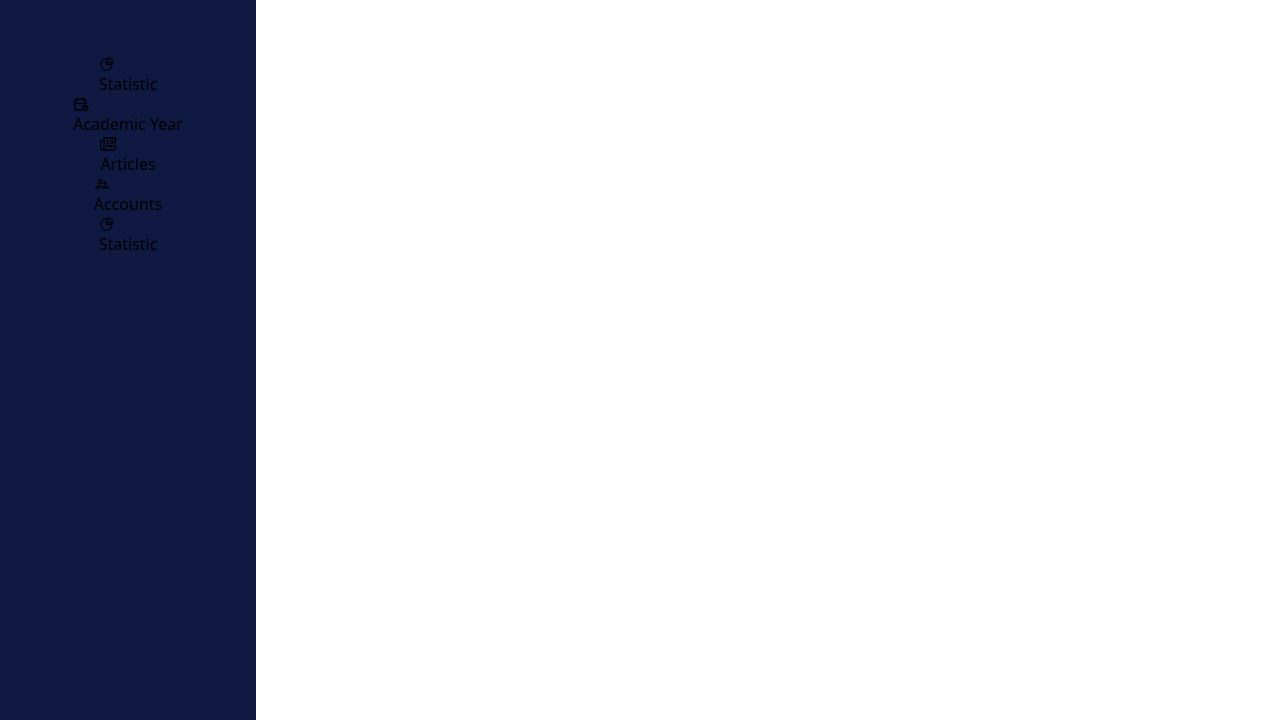
Repository: huynhvanngoan/COMP1640FE-Template
Page: /admin
These files come from the project's save history. The page is drawn as it stood at one moment and after the next save; the edit follows.
The browser window is 1280 px wide. The pictures show the whole page.
The project was rebuilt for these pictures with package versions that can differ from the ones it lists, and the page was loaded fresh each time. Also part of the build but not shown: src/components/buttonStyles.js, src/pages/LoginPage.jsx, src/pages/admin/AdminDashboard.jsx, src/pages/student/StudentDashboard.jsx, src/pages/department/DepartmentDashboard.jsx, src/pages/marketing/MarketingDashboard.jsx, src/pages/guest/GuestDashboard.jsx.

Above is the page before, as saved 2024-03-24 05:38:49.

### src/index.js
import React from 'react';
import ReactDOM from 'react-dom/client';
import './index.css';
import App from './App';

const root = ReactDOM.createRoot(document.getElementById('root'));
root.render(
  <React.StrictMode>
      <App />
  </React.StrictMode>
)

### src/index.css
@import url('https://fonts.googleapis.com/css2?family=Inter:wght@100;200;300;400;500;600;700;800;900&display=swap');
@tailwind base;
@tailwind components;
@tailwind utilities;

### src/App.js
import React from 'react'
import { BrowserRouter as Router, Routes, Route, Navigate } from "react-router-dom";
import LoginPage from './pages/LoginPage';
import AdminDashboard from './pages/admin/AdminDashboard';
import StudentDashboard from './pages/student/StudentDashboard';
import DepartmentDashboard from './pages/department/DepartmentDashboard';
import MarketingDashboard from './pages/marketing/MarketingDashboard';
import GuestDashboard from './pages/guest/GuestDashboard';
import Layout from './pages/admin/layout';
const App = () => {


  return (
    <Router>
        <Routes>
          <Route path="/login" element={<LoginPage/>} />

          <Route path="/admin" element={<Layout />}/>

          <Route path="/student-dashboard" element={<StudentDashboard />}/>

          <Route path="/guest-dashboard" element={<GuestDashboard />}/>

          <Route path="/department-dashboard" element={<DepartmentDashboard />}/>

          <Route path="/marketing-dashboard" element={<MarketingDashboard />}/>

          {/* <Route path='/marketing-homepage' element={<MarketingHomePage  />}/> */}

          <Route path='*' element={<Navigate to="/login" />} />

        </Routes>
    </Router>
  )
}

export default App

### src/pages/admin/layout.js
import React from 'react';
import Sidebar from './Sidebar';


export default function Layout() {
  return (
    <>
        <Sidebar />
    </>
  );
}

### src/pages/admin/Sidebar.js
import React, { useState } from 'react';
import { Link } from 'react-router-dom';
import { AiOutlinePieChart } from "react-icons/ai";
import { TbCalendarTime } from "react-icons/tb";
import { GrArticle } from "react-icons/gr";
import { MdOutlineSupervisorAccount } from "react-icons/md";

export const SidebarContent = [
  {
    icon: AiOutlinePieChart,
    heading: "Statistic"
  },
  {
    icon: TbCalendarTime,
    heading: "Academic Year"
  },
  {
    icon: GrArticle,
    heading: "Articles"
  },
  {
    icon: MdOutlineSupervisorAccount,
    heading: "Accounts"
  },
  {
    icon: AiOutlinePieChart,
    heading: "Statistic"
  },
]

export default function Sidebar() {
  const [selected, setSelected] = useState(0);

  const [expanded, setExpaned] = useState(true)
  return (
    <div className='fixed left-0 top-0 w-64 h-full bg-[#0f1941] p-4 pt-14'>
        <div className='flex flex-col text items-center'>
        {SidebarContent.map((item, index) => {
          return (
            <div
              className={selected === index ? "menuItem active" : "menuItem"}
              key={index}
              onClick={() => setSelected(index)}
            >
              <item.icon />
              <span>{item.heading}</span>
            </div>
          );
        })}
        </div>
    </div>
  );
}

### tailwind.config.js
/** @type {import('tailwindcss').Config} */
module.exports = {
  content: [
    "./src/**/*.{js,jsx,ts,tsx}",
  ],
  theme: {
    extend: {
      fontFamily: {
        "inter": ["Inter", "sans-serif"]
      }
    },
  },
  plugins: [],
}

Loaded but not shown: public/index.html (common file)

After the next save:
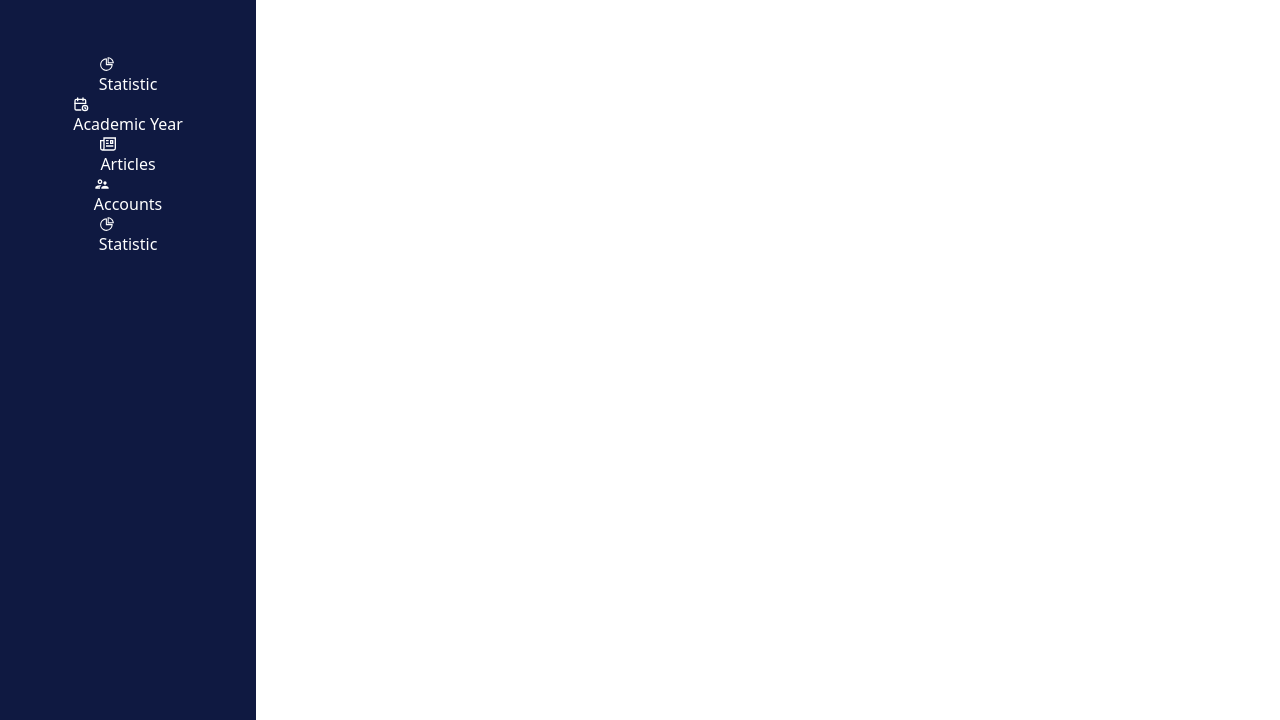
Saved 7 s later.
--- a/src/pages/admin/Sidebar.js
+++ b/src/pages/admin/Sidebar.js
@@ -34,7 +34,7 @@ export default function Sidebar() {
   const [expanded, setExpaned] = useState(true)
   return (
     <div className='fixed left-0 top-0 w-64 h-full bg-[#0f1941] p-4 pt-14'>
-        <div className='flex flex-col text items-center'>
+        <div className='flex flex-col text-white items-center'>
         {SidebarContent.map((item, index) => {
           return (
             <div
